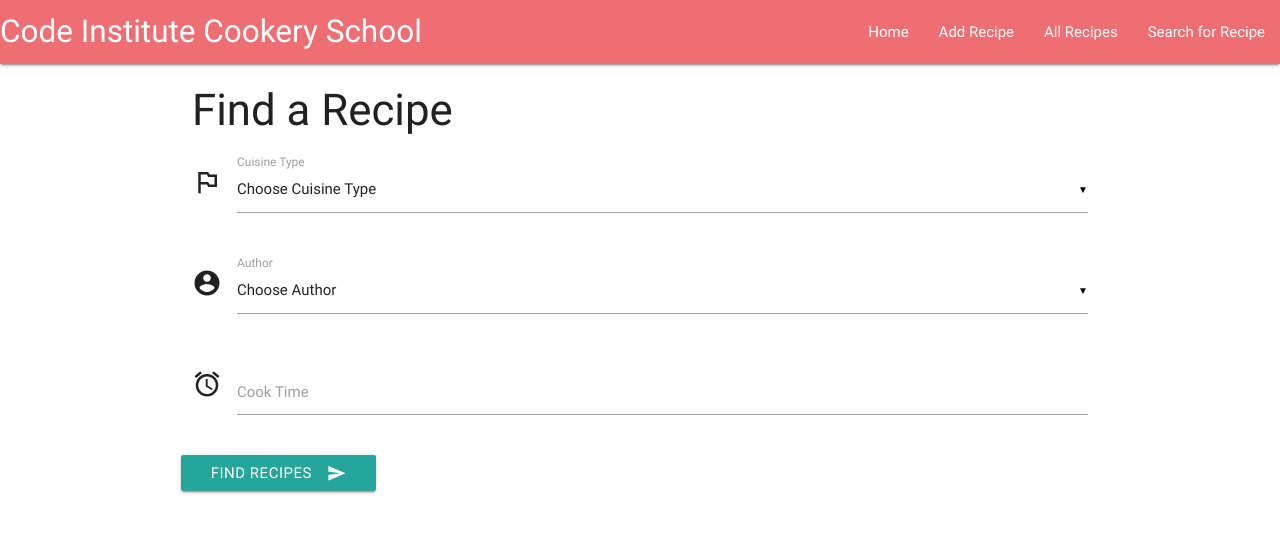
Repository: nakitamccool/francisillingworth-milestone-project-3
Page: http://localhost/
The author's editor kept a record of every edit. The page is drawn from the files as they stood at one moment, then again after a run of edits.
The browser window is 1280 px wide. The pictures show the whole page.
The page is served by the project's application, run on Flask 3 (app.py). Queries for data that is not in the repository find no rows.

Above is the page before.

### templates/findrecipe.html
{% extends 'base.html' %} {% block content %}

<h3>Find a Recipe</h3>
<div class="row">
    <form action="{{ url_for('filter_recipes') }}" method="GET" class="col s12">


        <div class="row">
            <div class="input-field col s12">
                  <i class="material-icons prefix">outlined_flag</i>
                    <select id="cuisine" name="cuisine_type">
                  <option value="" disabled selected>Choose Cuisine Type</option>
                  {% for cat in cuisine %}
                      <option value="{{cat.cuisine_type}}" >{{cat.cuisine_type}}</option>

                  {% endfor %}
                </select>
                    <label>Cuisine Type</label>
                </div>
            </div>
            <div class = "row">
            <div class="input-field col s12">
                <i class="material-icons prefix">account_circle</i>
                <select id="author" name="author">
                  <option value="" disabled selected>Choose Author</option>
                  {% for author in authors %}
                      <option value="{{author}}" >{{author}}</option>

                  {% endfor %}
                </select>

                    <label>Author</label>
            </div>
            </div>
            <div class="row">
            <div class="input-field col s12">
                <i class="material-icons prefix">alarm</i>

                 <input id= "time" name="time" type="number" step="5">

                    <label>Cook Time</label>
            </div>
            </div>

        <div class="row">
            <button class="btn waves-effect waves-light" type="submit" name="action">Find Recipes
                <i class="material-icons right">send</i>
            </button>
        </div>
</div>


    </form>
</div>



{% endblock %}

### templates/base.html
<!DOCTYPE html>
<html lang="en">
<head>
    <link href="https://fonts.googleapis.com/icon?family=Material+Icons"
      rel="stylesheet">
    <link rel="stylesheet"  href="https://cdnjs.cloudflare.com/ajax/libs/materialize/0.100.2/css/materialize.min.css">
    <link rel="stylesheet" href="{{url_for('static' , filename = "css/style.css")}}" type="text/css" />

</head>
<body>
  <header>
    <nav>
    <div class="nav-wrapper">
      <a href="#" class="brand-logo">Code Institute Cookery School</a>
      <ul id="nav-mobile" class="right hide-on-med-and-down">
        <li><a href="index.html">Home</a></li>
        <li><a href="{{ url_for('add_recipe') }}">Add Recipe</a></li>
        <li><a href="{{ url_for('get_recipes') }}">All Recipes</a></li>
        <li><a href="{{ url_for('find_recipe') }}">Search for Recipe</a></li>
      </ul>
    </div>
  </nav>
  </header>
    <div class="container">
    {% block content %}
    {% endblock %}
    </div>
    <script src="https://cdnjs.cloudflare.com/ajax/libs/jquery/3.4.1/jquery.min.js" integrity="sha256-CSXorXvZcTkaix6Yvo6HppcZGetbYMGWSFlBw8HfCJo=" crossorigin="anonymous"></script>
    <script src="https://cdnjs.cloudflare.com/ajax/libs/materialize/0.100.2/js/materialize.min.js"></script>
    <script type="text/javascript">
         $(document).ready(function(){
    $('.collapsible').collapsible();
    $('select').material_select();
  });

    </script>


</body>
</html>

### app.py
import os
from flask import Flask , render_template, redirect, request, url_for
from flask_pymongo import PyMongo
from bson.objectid import ObjectId


db_password = os.environ.get('DB_PASSWORD')

app = Flask(__name__)

app.config["MONGO_DBNAME"] = 'recipe_project'
app.config["MONGO_URI"] = 'mongodb+srv://root:r00tUser@myfirstcluster-aogax.mongodb.net/recipe_project?retryWrites=true&w=majority'

mongo = PyMongo(app)

@app.route('/')



@app.route('/find_recipe')
def find_recipe():
    return render_template("findrecipe.html", cuisine=mongo.db.cuisine.find(), authors=mongo.db.recipe.find().distinct('author'))

@app.route('/filter_recipes')
def filter_recipes():

    return render_template("results.html")





@app.route('/get_recipes')
def get_recipes():
    return render_template("recipes.html", recipes=mongo.db.recipe.find())


@app.route('/add_recipe')
def add_recipe():
    return render_template('addrecipe.html', cuisine=mongo.db.cuisine.find())


@app.route('/insert_recipe', methods=['POST'])
def insert_recipe():
    recipes=mongo.db.recipe
    recipes.insert_one(request.form.to_dict())
    return redirect(url_for('get_recipes'))


@app.route('/edit_recipe/<recipe_id>')
def edit_recipe(recipe_id):
    the_recipe = mongo.db.recipe.find_one({"_id": ObjectId(recipe_id)})
    all_cuisine = mongo.db.cuisine.find()
    return render_template('editrecipe.html', recipe = the_recipe, cuisine=all_cuisine)



@app.route('/update_recipe/<recipe_id>', methods = ["POST"])
def update_recipe(recipe_id):
    recipes = mongo.db.recipe
    recipes.update( {'_id': ObjectId(recipe_id)},
    {
        'recipe_name' : request.form.get('recipe_name'),
        'cuisine_type' : request.form.get('cuisine_type'),
        'author' : request.form.get('author'),
        'ingredients' : request.form.get('ingredients'),
        'method' : request.form.get('method'),
        'cook_time' : request.form.get('cook_time'),
    })
    return redirect(url_for('get_recipes'))

@app.route('/delete_recipe/<recipe_id>')
def delete_recipe(recipe_id):
    mongo.db.recipe.remove({'_id':ObjectId(recipe_id)})
    return redirect(url_for('get_recipes'))





@app.route('/get_cuisines')
def get_cuisines():
    return render_template('cuisines.html', cuisine=mongo.db.cuisine.find())


@app.route('/edit_cuisine/<cuisine_id>')
def edit_cuisine(cuisine_id):
    return render_template('editcuisine.html', cuisine=mongo.db.cuisine.find_one({'_id':ObjectId(cuisine_id)}))


@app.route('/update_cuisine/<cuisine_id>', methods=['POST'])
def update_cuisine(cuisine_id):
    mongo.db.cuisine.update(
        {'_id': ObjectId(cuisine_id)},
        {'cuisine_type': request.form.get('cuisine_type')})
    return redirect(url_for('get_cuisines'))



@app.route('/add_cuisine')
def add_cuisine():
    return render_template('addcuisine.html', cuisine=mongo.db.cuisine.find())


@app.route('/insert_cuisine', methods=['POST'])
def insert_cuisine():
    cuisines=mongo.db.cuisine
    cuisines.insert_one(request.form.to_dict())
    return redirect(url_for('add_recipe'))



@app.route('/delete_cuisine/<cuisine_id>')
def delete_cuisine(cuisine_id):
    mongo.db.cuisine.remove({'_id':ObjectId(cuisine_id)})
    return redirect(url_for('get_cuisines'))



@app.route('/add_cuisine_edit')
def add_cuisine_edit():
    return render_template('addcuisine-edit.html', cuisine=mongo.db.cuisine.find())


@app.route('/insert_cuisine_edit', methods=['POST'])
def insert_cuisine_edit():
    cuisines=mongo.db.cuisine
    cuisines.insert_one(request.form.to_dict())
    return redirect(url_for('get_cuisines'))



@app.route('/index')
def index():
    return render_template("index.html")




if __name__ == '__main__':
    app.run(host=os.environ.get('IP'),
            port=int(os.environ.get('PORT')),
            debug=True)

### static/css/style.css
.btn_edit{
    height:28px;
    margin: 5px 15px;
    line-height: 28px;
    padding-left: 3px;
    padding-right: 6px;



}

.btn_delete{
    height:28px;
    margin: 5px 15px ;
    line-height: 28px;
    padding-left: 5px;
    padding-right: 5px;
    background-color: #b70808;

}

.collapsible-header i {
 margin:0;}

 .btn_delete:hover {
    background-color: #71231d;
}

.cancel_button{
    margin: 5px 15px;
    padding-left: 3px;
    padding-right: 6px;
    background-color: #b70808

}


 .cancel_button:hover {
    background-color: #71231d;
}


.recipe_header{
    margin-top:5px;
    margin-right: 20px;
}

.deleteEdit{
    margin-left:auto;
    margin-right:0;
}

.add_cuisine{
    margin-top: 0;
    margin-left:5%;
}

### templates/recipes.html
 {% extends 'base.html' %} {% block content %}

<h3>View all</h3>

<div class="row">
  <ul class="collapsible">
    {% for recipe in recipes %}
    <li>
      <div class="collapsible-header">
        <div class="recipe_header col s9">
          <i class="material-icons">expand_more</i>
          <strong>{{recipe.recipe_name}}</strong> &nbsp;- {{recipe.cuisine_type}} - {{recipe.author}} - &nbsp;<strong>Cook time {{recipe.cook_time}} minutes</strong>
        </div>
        <div class="deleteEdit col s3">
          <a href="{{url_for('edit_recipe', recipe_id=recipe._id)}}" class="waves-effect waves-light btn btn_edit"><i class="material-icons left">edit</i>Edit</a>
          <a href="{{url_for('delete_recipe' , recipe_id=recipe._id)}}" class="waves-effect waves-light btn btn_delete"><i class="material-icons deleteIcon">delete_forever</i></a>
        </div>

      </div>


      <div class="collapsible-body"><span>

      <ul class="collapsible" data-collapsible="expandable">
    <li>
      <div class="collapsible-header"><i class="material-icons">local_grocery_store</i>Ingredients</div>
      <div class="collapsible-body"><span>{{recipe.ingredients}}</span></div>
    </li>
    <li>
      <div class="collapsible-header"><i class="material-icons">format_list_numbered</i>Method</div>
      <div class="collapsible-body"><span>{{recipe.method}}</span></div>
    </li>

  </ul>






  </span>
</div>
</li>
{% endfor %}
</ul>
</div>







{% endblock %}

After the next 2 edits:
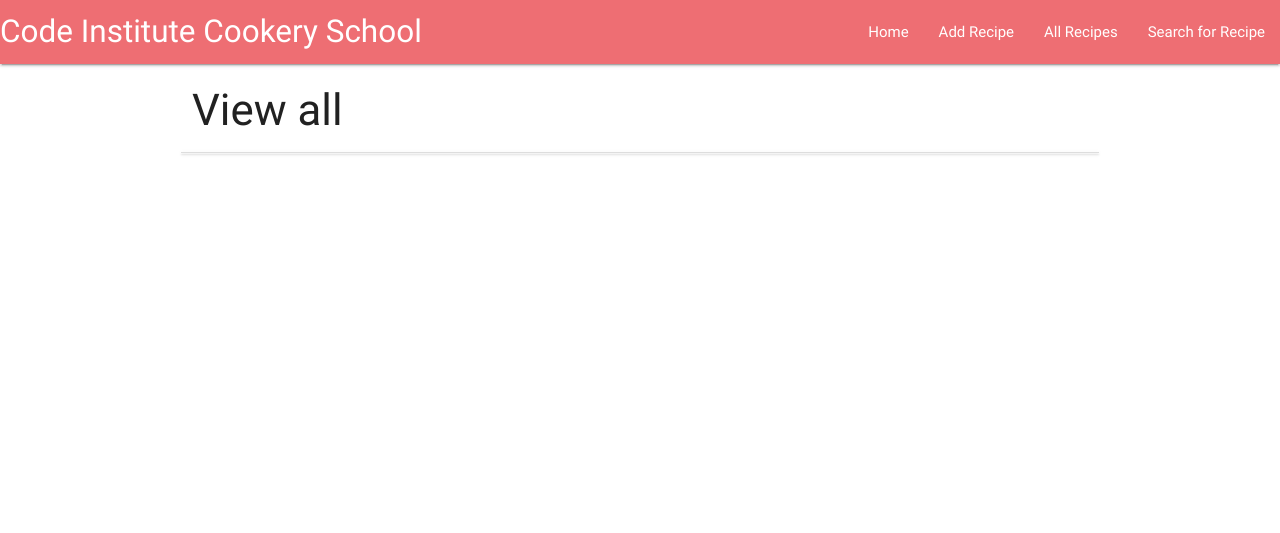
The 2 edits are shown as one change because 1 did not build or start.
The edit:
--- a/app.py
+++ b/app.py
@@ -17,14 +17,7 @@
 
 
 
-@app.route('/find_recipe')
-def find_recipe():
-    return render_template("findrecipe.html", cuisine=mongo.db.cuisine.find(), authors=mongo.db.recipe.find().distinct('author'))
 
-@app.route('/filter_recipes')
-def filter_recipes():
-
-    return render_template("results.html")
 
 
 
@@ -130,6 +123,16 @@
 
 
 
+@app.route('/find_recipe')
+def find_recipe():
+    return render_template("findrecipe.html", cuisine=mongo.db.cuisine.find(), authors=mongo.db.recipe.find().distinct('author'))
+
+@app.route('/filter_recipes')
+def filter_recipes():
+     return render_template("results.html")
+
+
+
 @app.route('/index')
 def index():
     return render_template("index.html")
